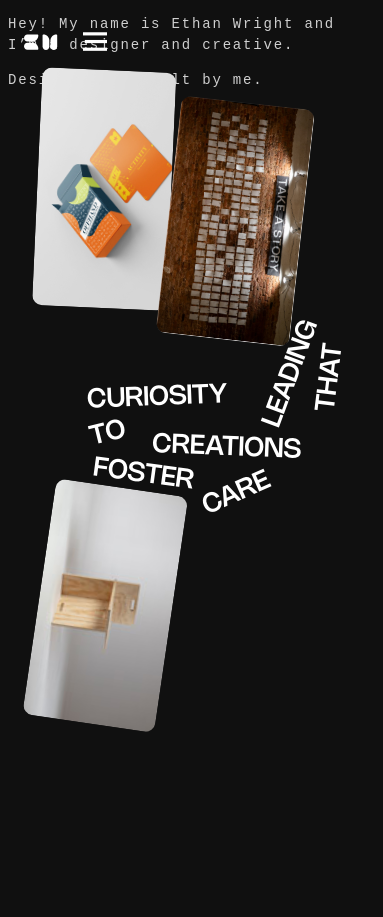
Repository: theethanwright/ethan_wright_portfolio
Page: home.html
An editor plug-in stored every save of this project. The page is shown before and after the next save, followed by the edit.
The browser window is 375 px wide. The page is 383 px wide, so the pictures cover 383 px, including what lies to the right of the window. The pictures show the whole page.
Some web libraries are served in a nearby version.

Above is the page before, as saved 2023-12-25 21:18:20.

After the next save:
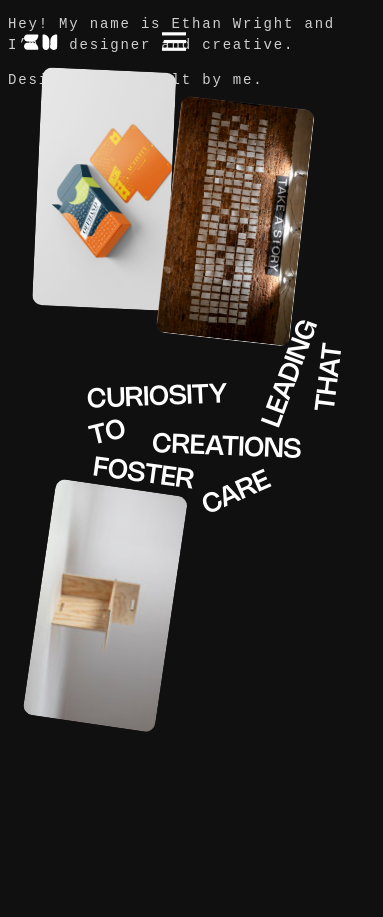
Saved 38 s later.
--- a/layouts.css
+++ b/layouts.css
@@ -104,7 +104,7 @@
         padding: 16px 16px;
         display: grid;
         margin: 0;
-        grid-template-columns: repeat(4, 8.833vw);
+        grid-template-columns: repeat(4, 19.444vw);
         gap: 4.444vw;
     }
 
